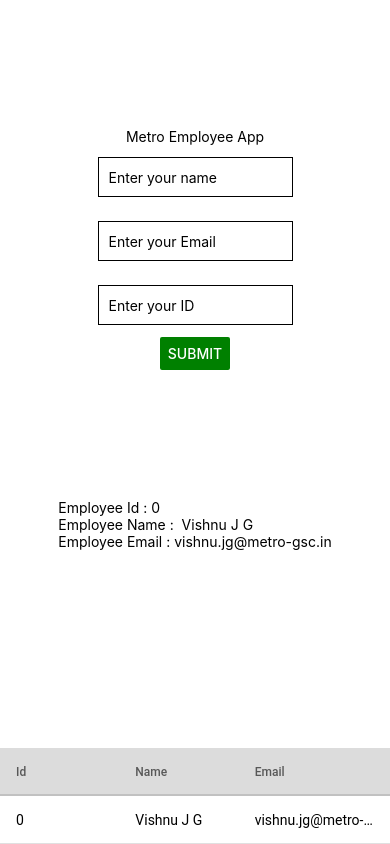
Repository: VishnuJG/Metro-Employee-App
Screen: /
An editor plug-in stored every save of this project. The screen is shown before and after the next save, followed by the edit.
The app was drawn by React Native's web renderer in a window 390 px wide. The project was rebuilt for these pictures with package versions that can differ from the ones it lists, and the page was loaded fresh each time. Some packages were replaced by stand-ins written for this rebuild.

Above is the screen before, as saved 2022-06-28 14:51:05.

### App.js
import { StatusBar } from 'expo-status-bar';
import React, { useState } from "react";
import { StyleSheet, Text, View, TextInput, Button, Alert} from 'react-native';
import { useDimensions } from '@react-native-community/hooks';
import Task from './components/Task';
import { DataTable } from "react-native-paper";
import Table from './components/Table';


export default function App() {

  // const {landscape}=useDimensions();
  const [emp, onEmpUpdate] = useState([{ id: 0, name: " Vishnu J G", email:"vishnu.jg@metro-gsc.in" }]);
  const [name, onChangeName] = useState("");
  const [email, onChangeEmail] = useState("");
  const [id, onChangeid] = useState(null);
  const onSubmit=(e)=>{
    e.preventDefault();
    if(!name){
      Alert.alert('Invalid Name', 'Invalid Name field',[{text: 'Okay', onPress:()=>{console.log("Okay Pressed")}},{text: 'No', onPress:()=>{console.log("No Pressed")}}])
    }
    if(!email){
      Alert.alert('Invalid Email', 'Invalid Email field',[{text: 'Okay', onPress:()=>{console.log("Okay Pressed")}},{text: 'No', onPress:()=>{console.log("No Pressed")}}])
    }
    if(!/\S+@\S+\.\S+/.test(email)){
      Alert.alert('Invalid Email', 'Invalid Email field',[{text: 'Okay', onPress:()=>{console.log("Okay Pressed")}},{text: 'No', onPress:()=>{console.log("No Pressed")}}])
    }
    if(!id){
      Alert.alert('Invalid Id', 'Invalid ID field',[{text: 'Okay', onPress:()=>{console.log("Okay Pressed")}},{text: 'No', onPress:()=>{console.log("No Pressed")}}])
    }
    console.log(name);
    console.log(email);
    console.log(id);
    const newEmp={id, name, email};
    onChangeName('');
    onChangeEmail('');
    onChangeid(null);
    onEmpUpdate([...emp, newEmp]);
  }
  return (
    <View style={styles.container} >
        <View style={styles.container}>
        <Text>Metro Employee App</Text>

        <TextInput
          style={styles.input}
          onChangeText={onChangeName}
          placeholder="Enter your name"
          value={name}
        />
        <TextInput
          style={styles.input}
          onChangeText={onChangeEmail}
          value={email}
          placeholder="Enter your Email"
          // keyboardType="numeric"
        />

        <TextInput
          style={styles.input}
          onChangeText={onChangeid}
          value={id}
          placeholder="Enter your ID"
          keyboardType="numeric"
        />
        <Button title="Submit"
          color="green"
          onPress={onSubmit}
          /></View>
        <View style={{flex:0.5, flexDirection: 'column'}}>
        {emp.map((newid)=>(<Task key={newid.id} ename={newid.name} eid={newid.id} eemail={newid.email}/>))}
        </View>
        <DataTable >
          <DataTable.Header style={styles.tableHeader}>
            <DataTable.Title>Id</DataTable.Title>
            <DataTable.Title>Name</DataTable.Title>
            <DataTable.Title>Email</DataTable.Title>
          </DataTable.Header>

          {emp.map((newid)=>(<Table key={newid.id} ename={newid.name} eid={newid.id} eemail={newid.email}/>))}
        </DataTable>
    </View>
  );
}

const styles = StyleSheet.create({
  container: {
    flex: 1,
    flexDirection: 'column',
    backgroundColor: '#fff',
    alignItems: 'center',
    justifyContent: 'center',
    fontSize: 20,
    // paddingTop:20,
    width:'100%',
  },
  input: {
    height: 40,
    margin: 12,
    borderWidth: 1,
    width:'50%',
    padding: 10,
  },
  tableHeader: {
    backgroundColor: '#DCDCDC',
  },

});

### components/Task.js
import { StatusBar } from 'expo-status-bar';
import React, { useState } from "react";
import { StyleSheet, Text, View, TextInput, Button, Alert} from 'react-native';
import { useDimensions } from '@react-native-community/hooks';


export default function Task(props) {
  console.log("Hello");
  return (
    <View style={styles.employee}>
      <Text>Employee Id : {props.eid}</Text>
      <Text>Employee Name : {props.ename}</Text>
      <Text>Employee Email : {props.eemail}</Text>

    </View>


  );
}

const styles = StyleSheet.create({
  employee:{
    width:'100%',
    flex:1,
    // flexDirection:'row',
    // justifyContent: 'flex-start',
  }
});

### components/Table.js
import { StatusBar } from 'expo-status-bar';
import React, { useState } from "react";
import { StyleSheet, Text, View, TextInput, Button, Alert} from 'react-native';
import { useDimensions } from '@react-native-community/hooks';
import { DataTable } from "react-native-paper";


export default function Table(props) {
  console.log("Hello");
  return (
    <DataTable.Row>
            <DataTable.Cell>{props.eid}</DataTable.Cell>
            <DataTable.Cell>{props.ename}</DataTable.Cell>
            <DataTable.Cell>{props.eemail}</DataTable.Cell>
    </DataTable.Row>


  );
}

const styles = StyleSheet.create({
  employee:{
    width:'100%',
    flex:1,
    // flexDirection:'row',
    // justifyContent: 'flex-start',
  }
});

After the next save:
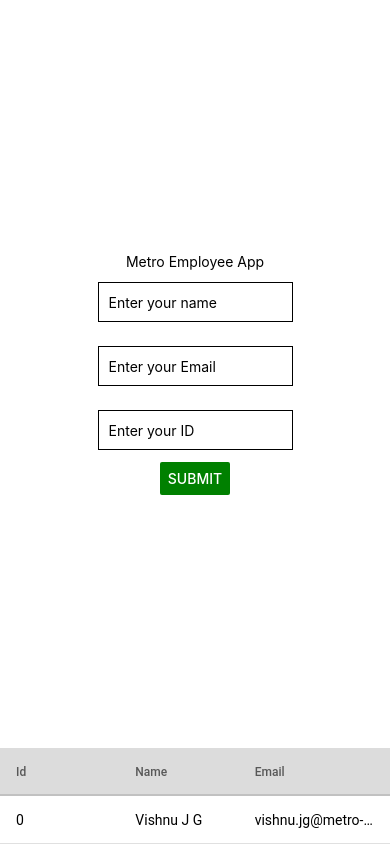
Saved 7 s later.
--- a/App.js
+++ b/App.js
@@ -67,9 +67,9 @@ export default function App() {
           color="green"
           onPress={onSubmit}
           /></View>
-        <View style={{flex:0.5, flexDirection: 'column'}}>
+        {/* <View style={{flex:0.5, flexDirection: 'column'}}>
         {emp.map((newid)=>(<Task key={newid.id} ename={newid.name} eid={newid.id} eemail={newid.email}/>))}
-        </View>
+        </View> */}
         <DataTable >
           <DataTable.Header style={styles.tableHeader}>
             <DataTable.Title>Id</DataTable.Title>
